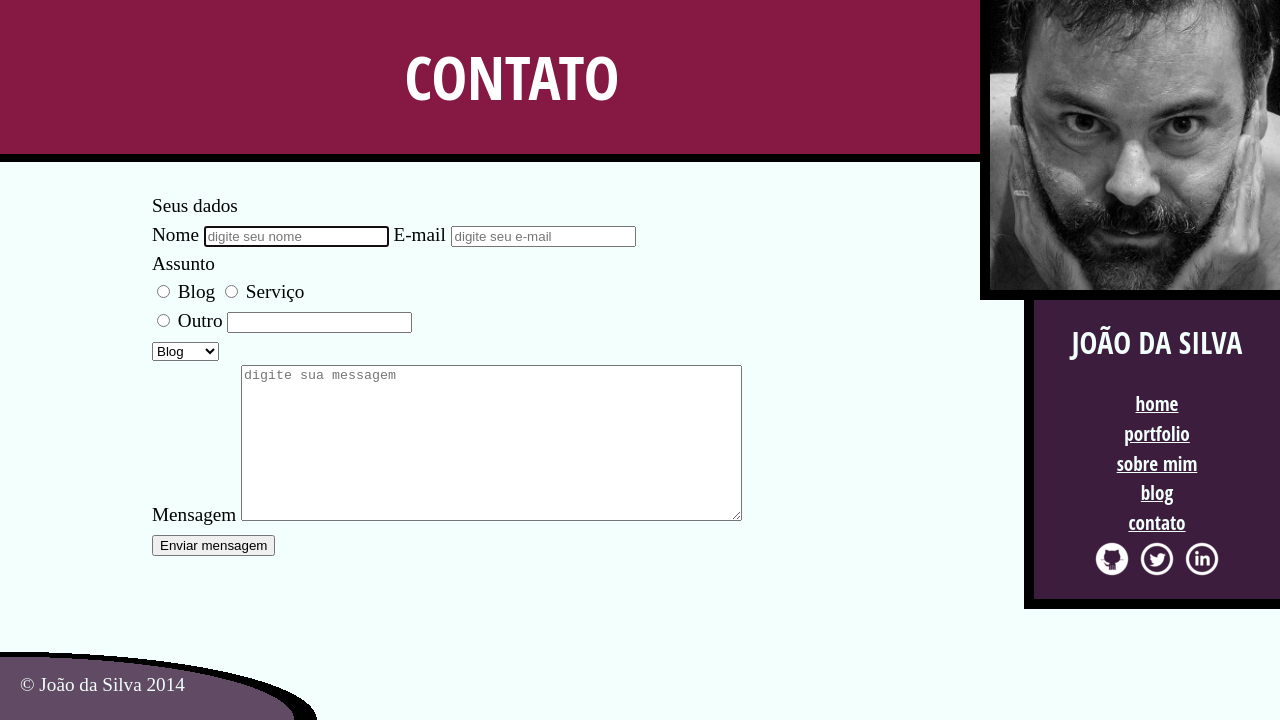
Repository: MichelMiola/html5Css3Avancado
Page: projeto/contato.html
These files come from the project's save history. The page is drawn as it stood at one moment and after the next save; the edit follows.
The browser window is 1280 px wide. The pictures show the whole page.
Some web fonts or font styles are not loaded; a fallback is used.

Above is the page before, as saved 2015-03-24 20:07:16.

After the next save:
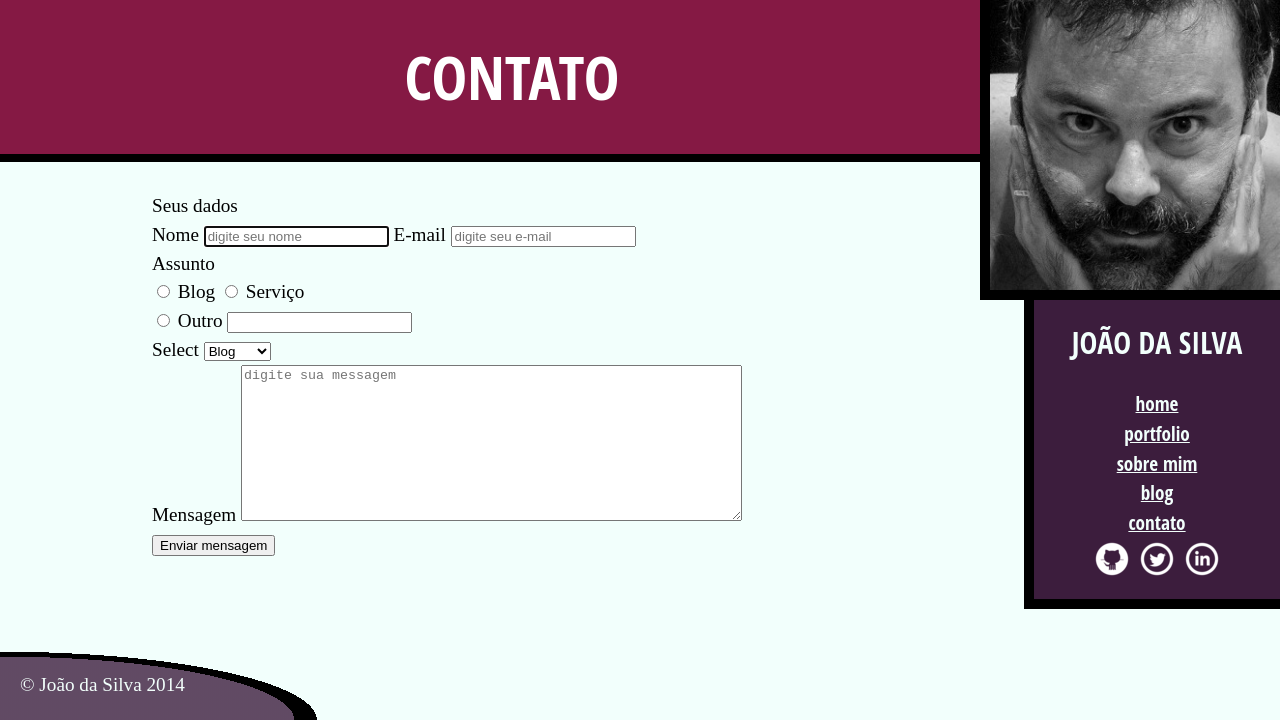
Saved 55 s later.
--- a/projeto/contato.html
+++ b/projeto/contato.html
@@ -34,6 +34,7 @@
 					<label for="outro"> Outro </label> <input type="text"
 						name="outro-assunto">
 				</fieldset>
+				<label for="assunto">Select</label>
 				<select name="assunto">
 					<option value="blog">Blog</option>
 					<option value="servico">Serviço</option>
